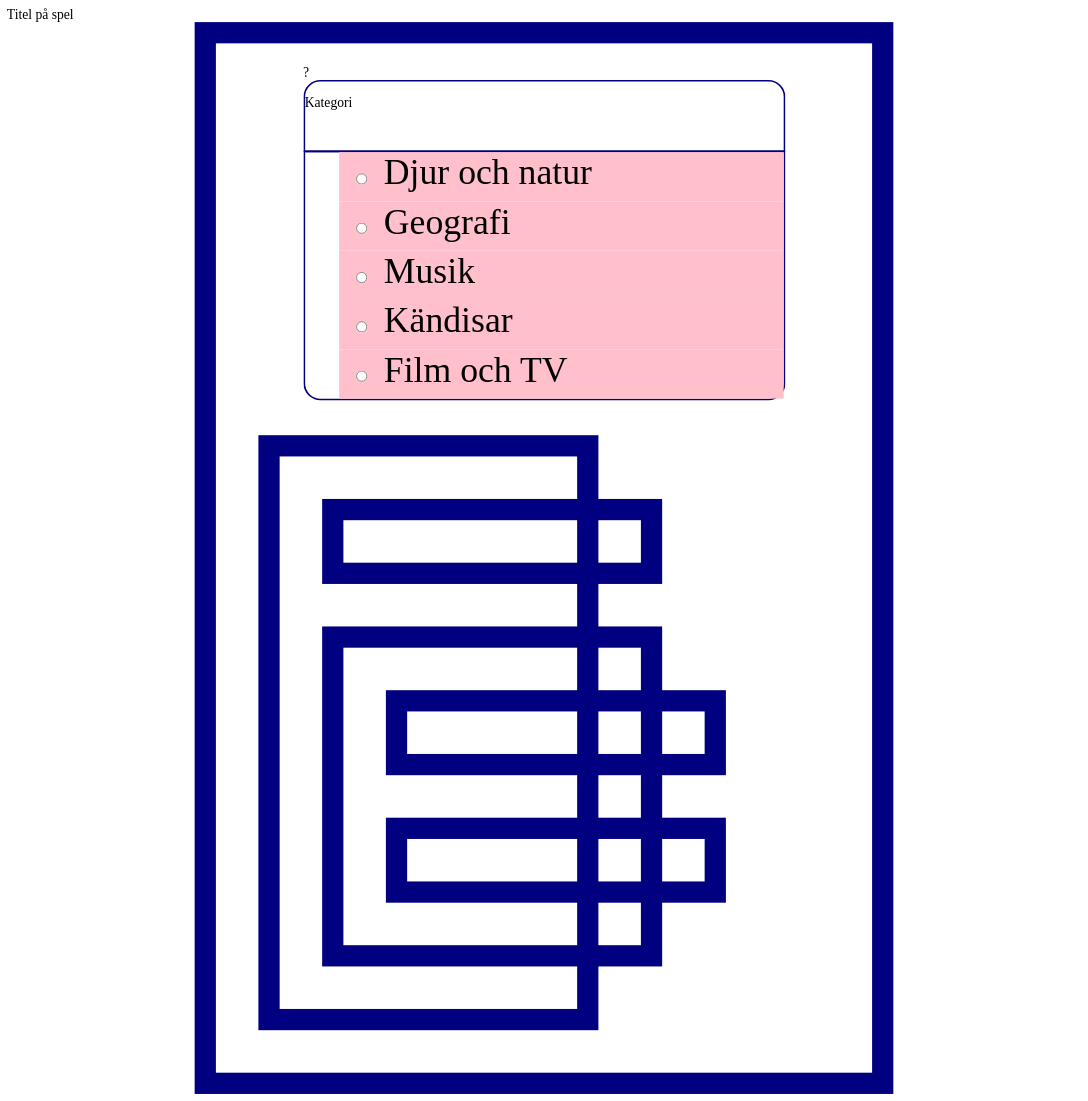
Repository: ed222gg/project2
Page: pages/start.html
The author's editor kept a record of every edit. The page is drawn from the files as they stood at one moment, then again after the next edit.
The browser window is 1280 px wide. The pictures show the whole page, at 85% of full size.

Above is the page before.

### pages/start.html
<!DOCTYPE html>
<html>

<head>
    <meta charset="utf-8" />
    <title>Index</title>
    <link rel="stylesheet" type="text/css" href="../css/style.css" />
</head>

<body>
    <header>Titel på spel</header>
    <main>
        <div id="container">
            <div id="help">?</div>
            <div id="CategoryTitle"><p>Kategori</div>
            <div id="categories">
                <ul>
                    <div id="li0"><li><input type="radio" id="c0" name="category" value="0">Djur och natur</li></div>
                    <div id="li0"><li><input type="radio" id="c1" name="category" value="1">Geografi</li></div>
                 <div id="li0">   <li><input type="radio" id="c2" name="category" value="2">Musik</li></div>
                  <div id="li0"> <li><input type="radio" id="c3" name="category" value="3">Kändisar</li></div>
                  <div id="li0">  <li><input type="radio" id="c4" name="category" value="4">Film och TV</li></div>
                </ul>




            </div>
        </div>
        <!-- <template id="tamplate"> -->
        <div id="gameLayout">
            <div id="topLayout"></div>
            <div id="bottomLayout">
                <div id="bottomLeft"></div>
            <div id="bottomRight"></div>
        </div>
        </div>
        <!-- </template> -->

    </main>
    <script src="../script/Game.js" type="text/javascript"></script>
</body>

</html>

<!-- main funktionen
   var template = document.querySelector('#template');
   var gameLayout = template.content.querySelector('#gameLayout').cloneNode(true);

   // om du vill hämta element i main funktionen
   gameLayout.questionP = gameLayout.querySelector('#question');
   gameLayout.questionP.innerHTML ='vem van vm 2011';

   // lägger ut allt
   container.appendChild(gameLayout);
   <--

### css/style.css
body{
    background: #FFFFFF;
}

main{
    /* float: right; */
  overflow: auto;
  margin: auto;
  width: 722px;
  padding: 25px;
  border: 25px solid navy;
}
header{}
input{

    margin: 20px;}

#template{ }
#gameLayout{
    float:left;
    width: 300px;
    padding: 25px;
    border: 25px solid navy;
    margin: 25px;}
#topLayout{
      float:left;
      width: 300px;
    padding: 25px;
    border: 25px solid navy;
    margin: 25px;}
#bottomLayout{   float:left;width: 300px;
    padding: 25px;
    border: 25px solid navy;
    margin: 25px;}
#bottomLeft{  float:left; width: 300px;
    padding: 25px;
    border: 25px solid navy;
    margin: 25px;}
#bottomRight{   float:left;width: 300px;
    padding: 25px;
    border: 25px solid navy;
    margin: 25px;}



#categories{  float:left;
    margin: 0px;
    padding: 0px;
    list-style-type: none;
}


#container{    overflow: auto;
  /* float: left; */
  width: 567px;
  padding: -29px;
 /* border: 8px solid navy;*/
  margin: auto;
}


#CategoryTitle{


  width: 563px;
  height: 81px;
  /* padding: 18px; */
  border: 2px solid navy;
  /* margin: 25px; */
  margin: auto;
  border-radius-top: 12px;
  border-top-left-radius: 20px;
  border-top-right-radius: 20px;

}


 ul{
  margin-top: -2px;
  width: 523px;
  border: 2px solid navy;
  border-bottom-left-radius: 20px;
  border-bottom-right-radius: 20px;

 }
 li{  /* width: 51px; */
  font-size: 42px;
  /* font-family: serif; */
  list-style-type: none;
  /* width: 200px; */
 }

input#c:hover {
  cursor:pointer;

 }

#li0{background-color:pink;}

### script/Game.js
"use strict"; //objekt.metod/egenskap(argument)

var Game= {

    pos: 0,
    categoryNr: undefined,
    test: undefined,
    testStatus: undefined,
    question: undefined,
    choice: undefined,
    choises: undefined,
    chA: undefined,
    chB: undefined,
    correct: 0,
    questionsArray: [],


    init: function() {
        var radios = document.getElementsByName('category'); // samla alla cetegoryelementen i en lista
        console.log(radios)

        for (var i = 0; i < radios.length; i++) {
            eventClick(i);
        }
        //funktionen eventclick som vi kallar på i forloopen ovan,
        //lägger en eventlistener på alla elementen i radios
        function eventClick(categoryId){
            radios[categoryId].addEventListener("click", function() {
            if (radios[categoryId].checked)
            {

                //nu har vi checkat samt vet vilket id categorin har. nu kan vi sätta rätt frågor. next step.
                //hmm hur var det jag hade tänkt nu då...
                console.log(categoryId)

            }


            });
        }



    },
};
//När sidan har laddads in så anropas init.
window.onload = Game.init;


 /* // main funktionen
   var template = document.querySelector('#template');
   var gameLayout = template.content.querySelector('#gameLayout').cloneNode(true);

   // om du vill hämta element i main funktionen
   gameLayout.questionP = gameLayout.querySelector('#question');
   gameLayout.questionP.innerHTML ='vem van vm 2011';

   // lägger ut allt
   container.appendChild(gameLayout);*/

After the next edit:
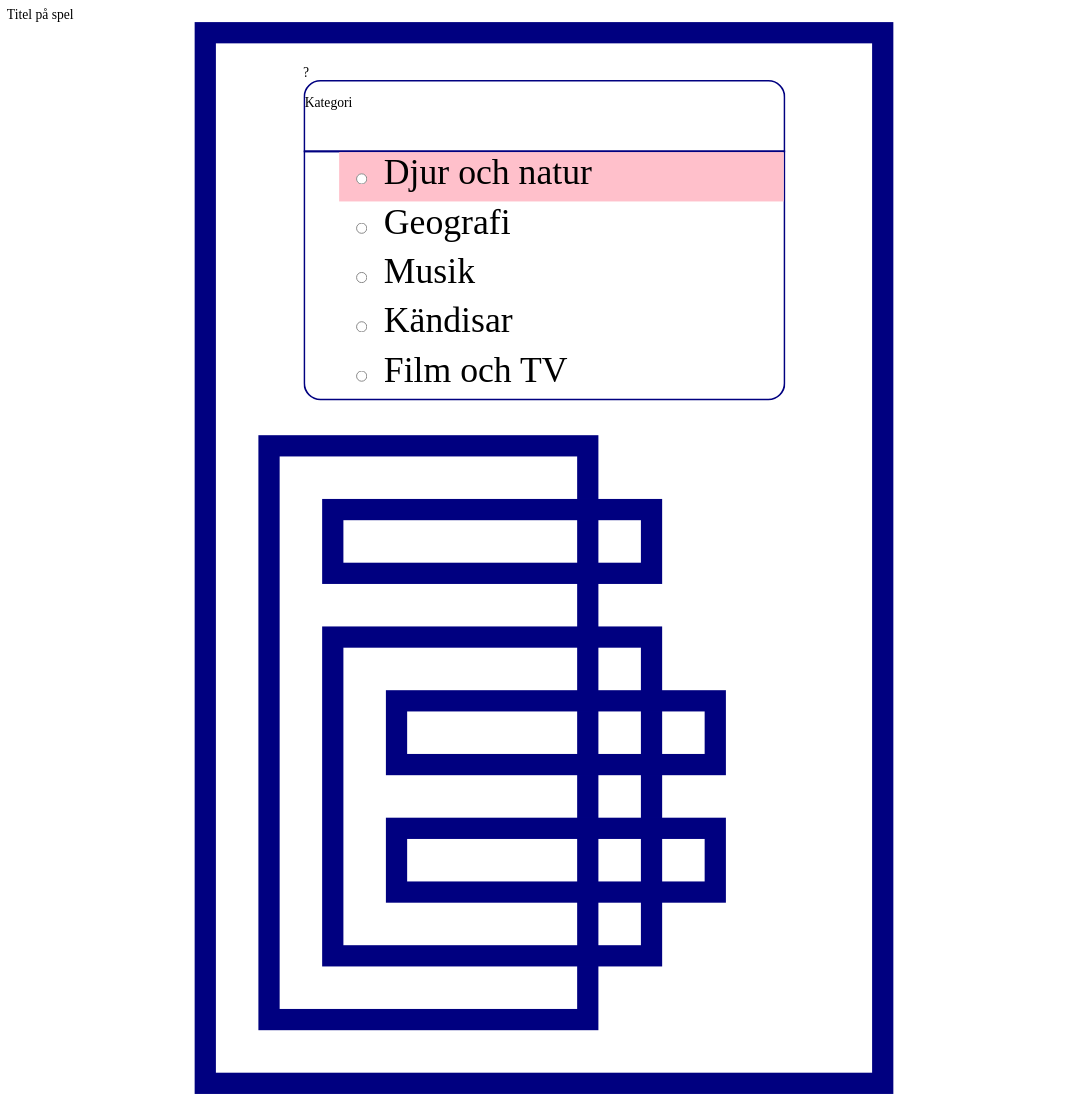
The edit:
--- a/pages/start.html
+++ b/pages/start.html
@@ -16,10 +16,10 @@
             <div id="categories">
                 <ul>
                     <div id="li0"><li><input type="radio" id="c0" name="category" value="0">Djur och natur</li></div>
-                    <div id="li0"><li><input type="radio" id="c1" name="category" value="1">Geografi</li></div>
-                 <div id="li0">   <li><input type="radio" id="c2" name="category" value="2">Musik</li></div>
-                  <div id="li0"> <li><input type="radio" id="c3" name="category" value="3">Kändisar</li></div>
-                  <div id="li0">  <li><input type="radio" id="c4" name="category" value="4">Film och TV</li></div>
+                    <div id="li1"><li><input type="radio" id="c1" name="category" value="1">Geografi</li></div>
+                 <div id="li2">   <li><input type="radio" id="c2" name="category" value="2">Musik</li></div>
+                  <div id="li3"> <li><input type="radio" id="c3" name="category" value="3">Kändisar</li></div>
+                  <div id="li4">  <li><input type="radio" id="c4" name="category" value="4">Film och TV</li></div>
                 </ul>
 
 
